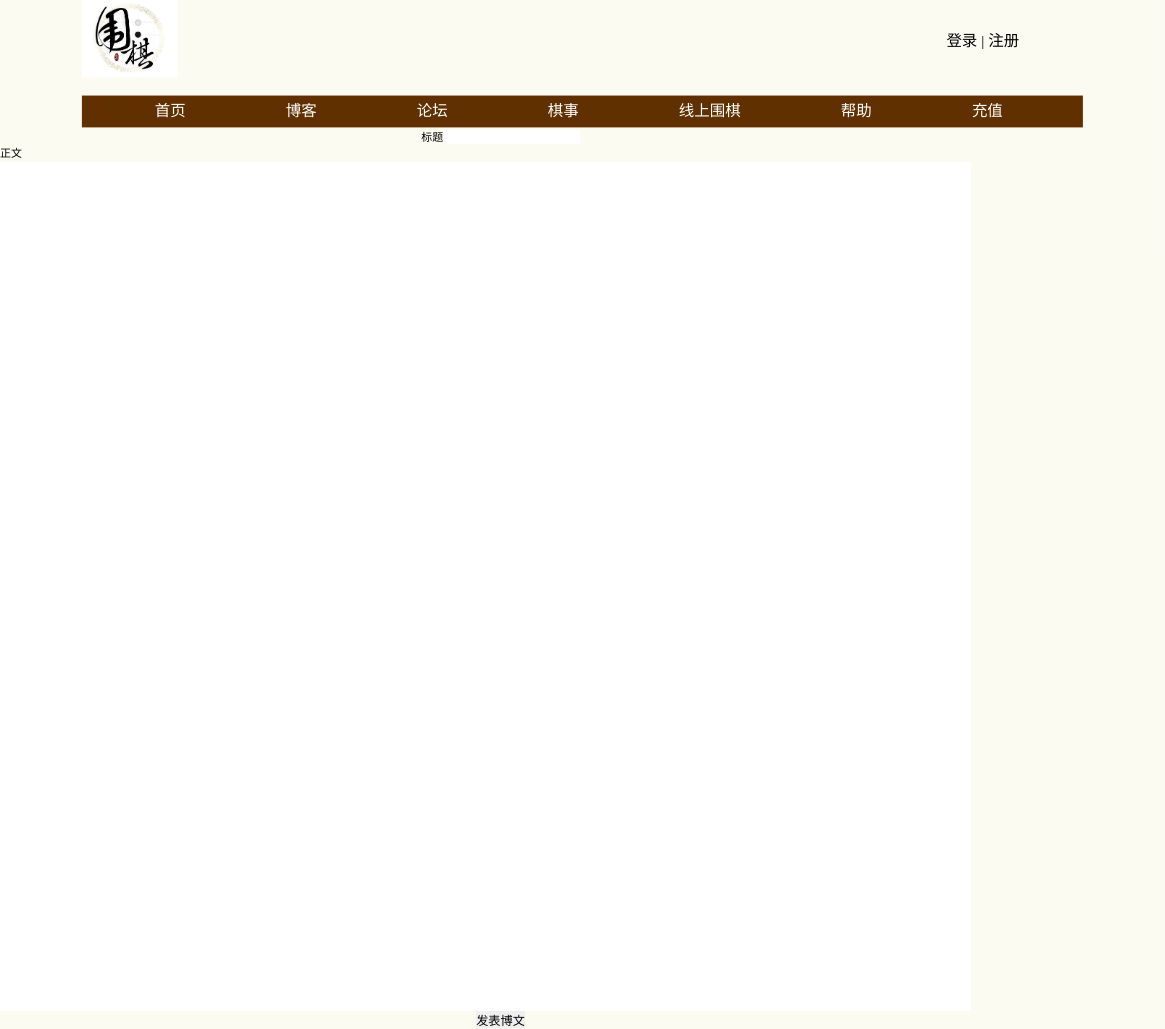
Repository: yxh0/Go
Page: http://localhost/keshe/keshe/blog_post.jsp
These files come from the project's save history. The page is drawn as it stood at one moment and after the next save; the edit follows.
The browser window is 1280 px wide. The pictures show the whole page, at 91% of full size.
The page is served by Tomcat 9. Other server files are loaded and not shown.

Above is the page before, as saved 2020-06-11 04:08:26.

### SoftwareProjectGo/keshe/WebContent/keshe/blog_post.jsp
<%@ page language="java" contentType="text/html; charset=UTF-8"
    pageEncoding="UTF-8"%>
<%@ page import="java.sql.*" %>
<!DOCTYPE html>
<html>
<head>
<meta charset="UTF-8">
<title>博客页面</title>
<link rel="stylesheet" href="css/init.css">
<link rel="stylesheet" href="css/public.css">
<link rel="stylesheet" href="css/blog_post.css">
</head>
<body>
	<div class="header w">
		<div class="logo">
			<img src="images/logo.jpg" alt="" />
		</div>
		<div class="login">
			<ul>
				<li>
					<a href="login.jsp">登录</a> |
					<a href="register.jsp">注册</a>
				</li>
			</ul>
		</div>
	</div>
	<!-- 导航栏 -->
	<div class="nav w">
		<div class="container">
			<ul class="left">
		    	<li><a href="index.jsp" >首页</a></li>
		    	<li><a href="blog.jsp" >博客</a></li>
		    	<li><a href="luntan.jsp" >论坛</a></li>
		    	<li><a href="qishi.jsp" >棋事</a></li>
		    	<li><a href="xianshangweiqi.jsp" >线上围棋</a></li>
		    	<li><a href="bangzhu.jsp" >帮助</a></li>
		    	<li><a href="chongzhi.jsp" >充值</a></li>
			</ul>
  		</div>
	</div>
	<div class="blogg">
		<div class="border w"></div>
		<form action="insertServlet?dataBase=weiqiluntan&tableName=chess_user" name="register" method="post">
			<center>标题<input name="blog_title" type="text" type="password" class="code"><br></center>
				正文<br><input name="blog_text" style="width:80em; height:70em" type="text" placeholder="" class="code"><br>
			<center><input type="submit" value="发表博文" class="now-register"></center>
         </form>
	</div>
</body>
</html>

### SoftwareProjectGo/keshe/WebContent/keshe/css/init.css
@charset "UTF-8";
/* 基础的初始化 */
* {
    margin: 0;
    padding: 0;
    box-sizing: border-box;
}
/* em 和 i 斜体的文字不倾斜 */
em,
i {
    font-style: normal
}

li {
    list-style: none
}

img {
    border: 0;
    vertical-align: middle
}

button {
    cursor: pointer
}

a {
    text-decoration: none
}

button,
input {
    font-family: Microsoft YaHei, Heiti SC, tahoma, arial, Hiragino Sans GB, "\5B8B\4F53", sans-serif;
    /* 默认有灰色边框我们需要手动去掉 */
    border: 0;
    outline: none;
}

body {
    -webkit-font-smoothing: antialiased;
    background-color: #fff;
    font: 12px/1.5 Microsoft YaHei, Heiti SC, tahoma, arial, Hiragino Sans GB, "\5B8B\4F53", sans-serif;
    color: black;
}

.hide,
.none {
    display: none
}
/* 清除浮动 */
.clearfix:after {
    visibility: hidden;
    clear: both;
    display: block;
    content: ".";
    height: 0
}

.clearfix {
    *zoom: 1
}

### SoftwareProjectGo/keshe/WebContent/keshe/css/public.css
@charset "UTF-8";
/* 版心 */
body {
	background-color: #fcfbf1;
}
.w {
    width: 1100px;
    margin: 0 auto;
}
.nav {
    height: 35px;
    background-color: #603000;
    line-height: 35px;
}
.nav ul li{
	float: left;
}
.nav li a{
	color: white;
	font-size: 17px;
	border-right: 20px;
	padding: 20px 30px;
	margin-left: 50px;
}
.nav li a:hover{
	color: yellow;
}
.header {
    position: relative;
    height: 105px;
}
.logo {
	position: absolute;
	width: 105px;
	height: 85px;
}
.logo img {
	width: 100%;
	height: 100%;
}
.login {
	margin-left: 950px;
	margin-top: 30px;
	position: absolute;
	font: 17px Microsoft YaHei;
	text-align: center;
}
.login li a{
	color: black;
}
.login li a:hover {
	color: #ebc21f;
}
.footer p {
    width: 250px;
    font-size: 20px;
    color: #7B7B7B;
    margin: 60px auto;
}

### SoftwareProjectGo/keshe/WebContent/keshe/css/blog_post.css
@charset "UTF-8";
.big {
	margin-top: 20px;
}
.self {
	float: left;
	margin-right: 30px;
}
.big .self h4,
.big .blogg h4 {
	width: 250px;
	border-bottom: solid 1px #603000;
	margin-bottom: 15px;
	font-size: 15px;
	weight: 500;
	color: #8f6a40;
}
.big .self button {
	width: 120px;
    height: 30px;
    margin: 10px 65px;
    border: 1px solid #E2E2E2;
    text-align: center;
    line-height: 30px;
    font-size: 15px;
    color: #000;
    background: #ededf1;
}
.big .self .info {
	margin-top: 15px;
	margin-left: 75px;
}
.big .self .info p{
	font-size: 14px;
	weight: 500;
	color: #909090;
}
.blogg {
	float: left;
}
.big .blogg h4,
.big .blogg .cont {
	width: 820px;
}
.big .blogg .cont h2 {
	margin: 5px;
}
.big .blogg .cont a {
	color: #000;
}
.big .blogg .cont a:hover {
	color: #ebc21f;
}
.big .blogg .cont p {
	margin-bottom: 35px;
	color: #8a8a8a;
}
.big .blogg .cont .people {
	font-size: 13px;
}

After the next save:
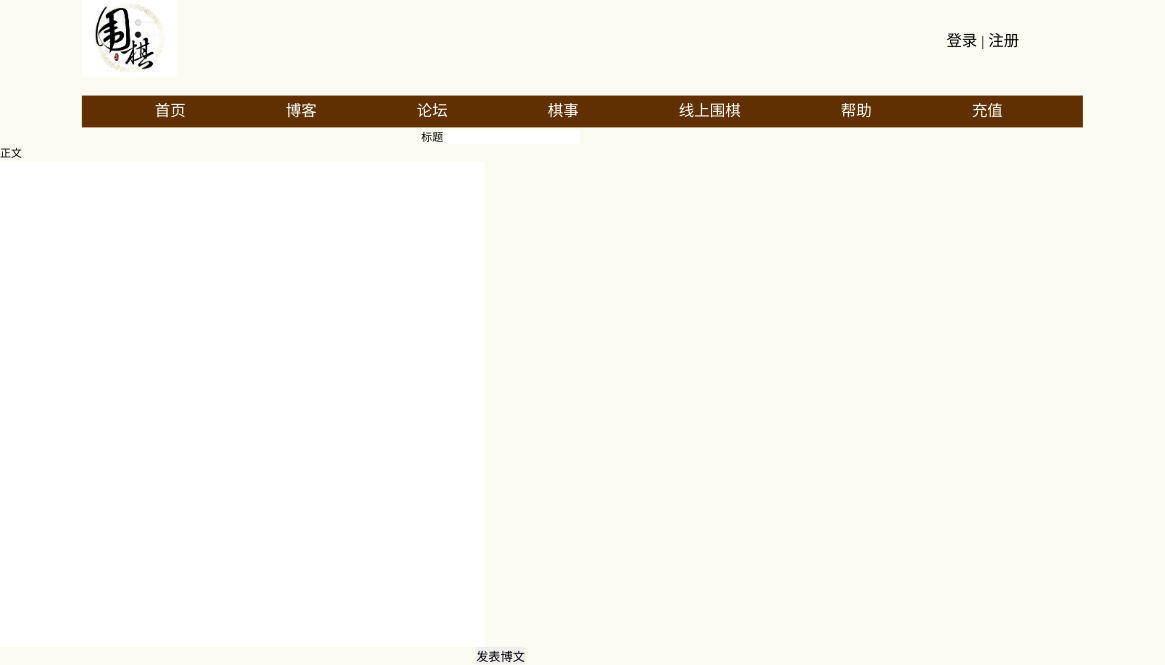
Saved 15 s later.
--- a/SoftwareProjectGo/keshe/WebContent/keshe/blog_post.jsp
+++ b/SoftwareProjectGo/keshe/WebContent/keshe/blog_post.jsp
@@ -42,7 +42,7 @@
 		<div class="border w"></div>
 		<form action="insertServlet?dataBase=weiqiluntan&tableName=chess_user" name="register" method="post">
 			<center>标题<input name="blog_title" type="text" type="password" class="code"><br></center>
-				正文<br><input name="blog_text" style="width:80em; height:70em" type="text" placeholder="" class="code"><br>
+				正文<br><input name="blog_text" style="width:40em; height:40em" type="text" placeholder="" class="code"><br>
 			<center><input type="submit" value="发表博文" class="now-register"></center>
          </form>
 	</div>
